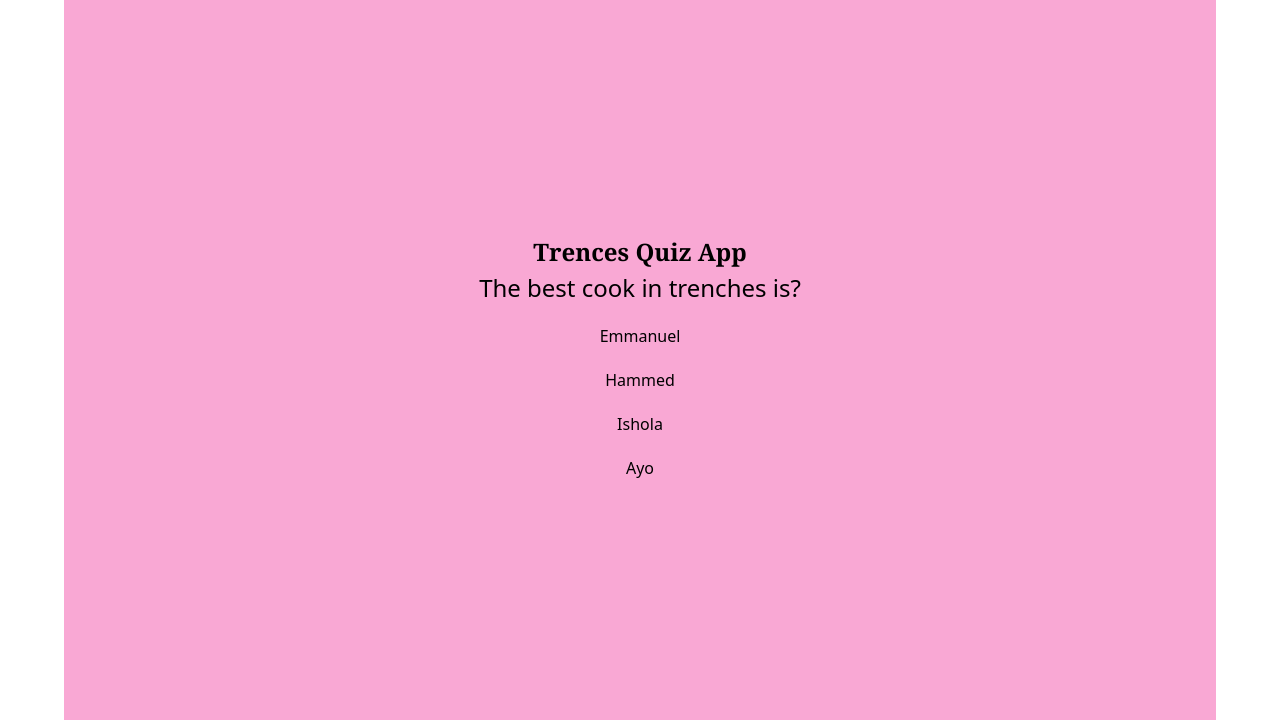
Repository: Semanmernstack/Quiz-react-app
Page: /, after clicking the first element matching `button`
An editor plug-in stored every save of this project. The page is shown before and after the next save, followed by the edit.
The browser window is 1280 px wide. The pictures show the whole page.
The project was rebuilt for these pictures with package versions that can differ from the ones it lists, and the page was loaded fresh each time. Also part of the build but not shown: src/components/End.js.

Above is the page before, as saved 2023-01-29 07:41:50.

### src/index.css
body {
  margin: 0;
}
@tailwind base;
@tailwind components;
@tailwind utilities;

### src/App.js
import { useState } from "react";
import Menu from "./components/Menu";
import Quiz from "./components/Quiz";
import End from "./components/End"
import { QuizContext } from "./Game/Context";
function App() {
  const [game, setGame] = useState("menu")
  return (
    <div className="text-center items-center justify-center flex  flex-col  max-w-6xl mx-auto h-screen  bg-pink-300 first-letter:">
      <p className="text-2xl font-extrabold font-serif">Trences Quiz App</p>
      <QuizContext.Provider value={{game, setGame}}>
        {game === "menu" && <Menu/>}
        {game === "quiz" && <Quiz/>}
        {game === "End" && <End/>}

      </QuizContext.Provider>

    </div>
  );
}

export default App;

### src/components/Menu.js
import React, { useContext } from 'react'
import { QuizContext } from '../Game/Context'

function Menu() {
    const {game, setGame} = useContext(QuizContext)
  return (
    <div className="flex">
        <button onClick={() => {setGame("quiz")}} >Start Quiz</button>
        <p>ff</p>
    </div>
  )
}

export default Menu

### src/components/Quiz.js
import React, { useState } from 'react'
import { Question } from '../Game/Questions';


function Quiz() {
    const [current, setCurrent] = useState(0);

  return (
    <div className=" p-1 rounded-xl   ">
        <h1 className="text-2xl">{Question[current].prompt}</h1>
        <div className="flex mt-5  flex-col gap-5">
            <button>{Question[current].optionA}</button>
            <button>{Question[current].optionB}</button>
            <button>{Question[current].optionC}</button>
            <button>{Question[current].optionD}</button>
        </div>

    </div>
  )
}

export default Quiz

### src/Game/Context.js
import { createContext } from "react";

export const QuizContext = createContext()

### src/Game/Questions.js
export  const Question = [
    {
        prompt: "The best cook in trenches is?",
        optionA: "Emmanuel",
        optionB: "Hammed",
        optionC: "Ishola",
        optionD: "Ayo",
        answer: "D",
    },
    {
        prompt: "Who is the sapa giver in trenches?",
        optionA: "Abigeal",
        optionB: "Idilabi",
        optionC: "Ebu",
        optionD: "Ajoke",
        answer: "c",
    },
]

Loaded but not shown: public/index.html (common file); src/index.js (common file); src/reportWebVitals.js (common file); tailwind.config.js (common file)

After the next save:
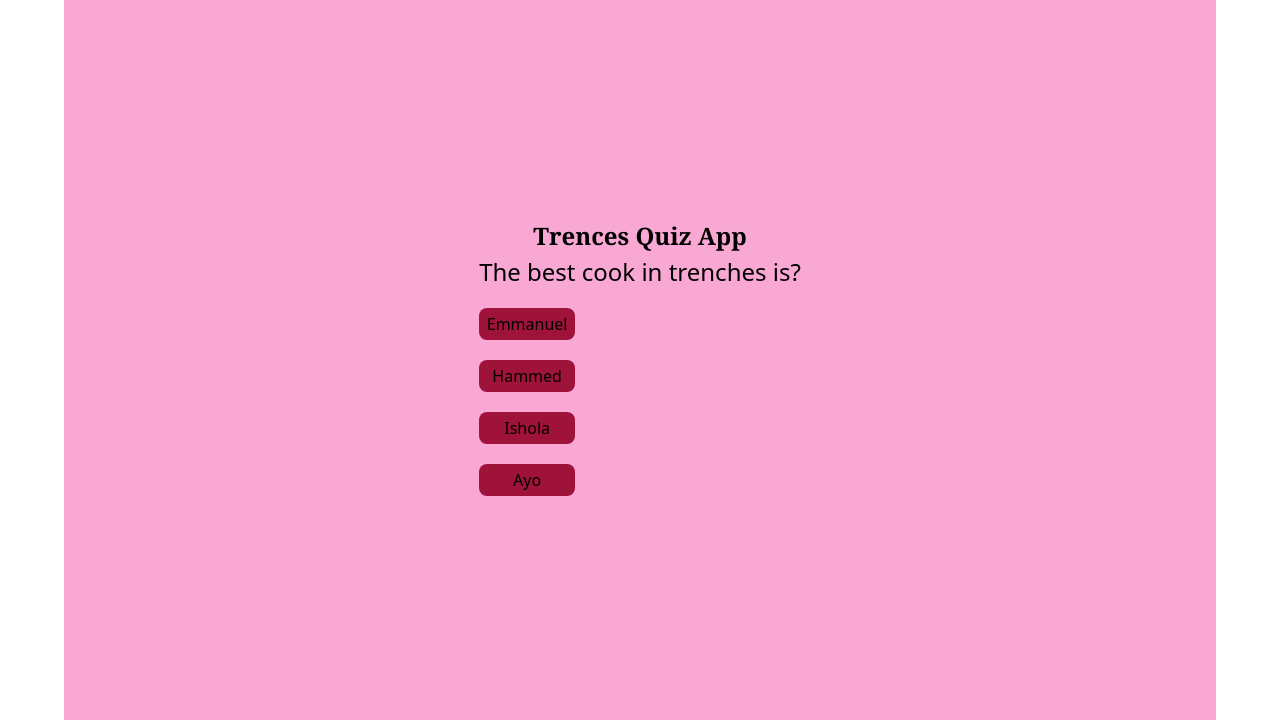
Saved 82 s later.
--- a/src/components/Quiz.js
+++ b/src/components/Quiz.js
@@ -8,11 +8,11 @@ function Quiz() {
   return (
     <div className=" p-1 rounded-xl   ">
         <h1 className="text-2xl">{Question[current].prompt}</h1>
-        <div className="flex mt-5  flex-col gap-5">
-            <button>{Question[current].optionA}</button>
-            <button>{Question[current].optionB}</button>
-            <button>{Question[current].optionC}</button>
-            <button>{Question[current].optionD}</button>
+        <div className="flex mt-5  cursor-pointer flex-col gap-5">
+            <button className="w-24 bg-rose-800 p-1 rounded-lg">{Question[current].optionA}</button>
+            <button className="w-24 bg-rose-800 p-1 rounded-lg">{Question[current].optionB}</button>
+            <button className="w-24 bg-rose-800 p-1 rounded-lg">{Question[current].optionC}</button>
+            <button className="w-24 bg-rose-800 p-1 rounded-lg">{Question[current].optionD}</button>
         </div>
 
     </div>
